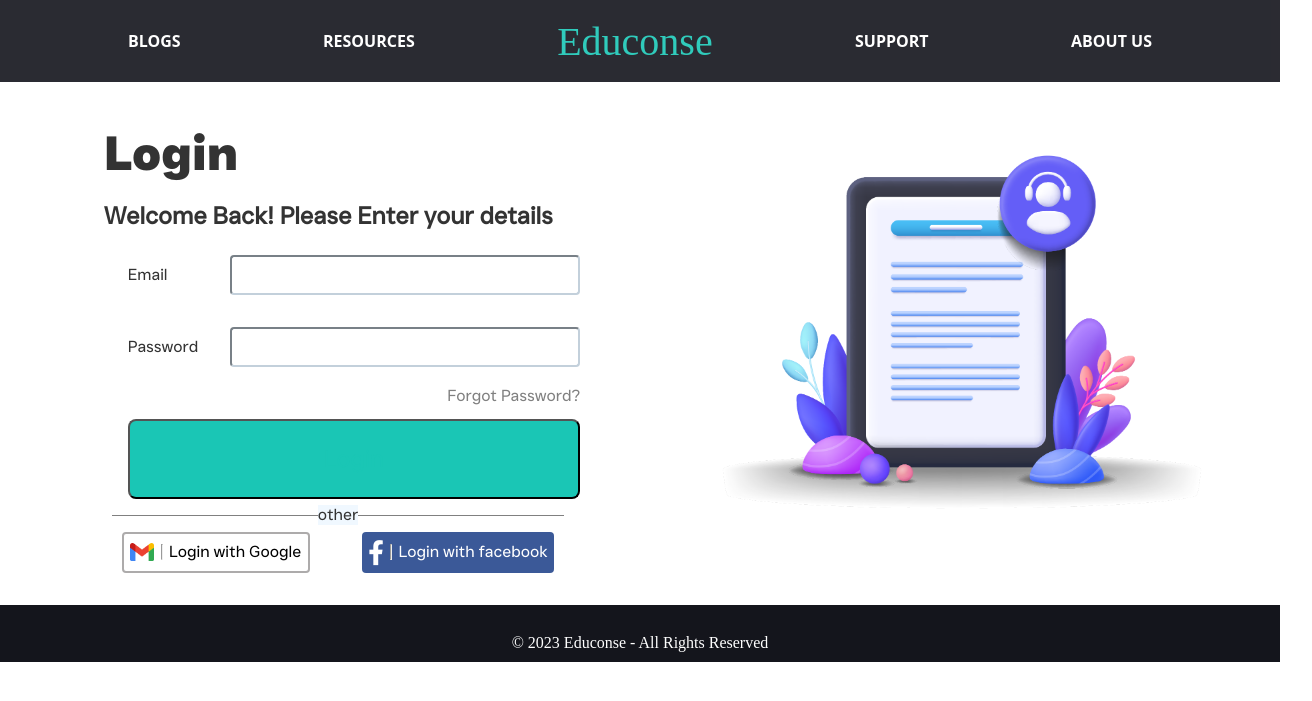
Repository: devajay07/educonse
Page: pages/login.html
An editor plug-in stored every save of this project. The page is shown before and after the next save, followed by the edit.
The browser window is 1280 px wide. The page is 1312 px wide, so the pictures cover 1312 px, including what lies to the right of the window. The pictures show the whole page.
The pointer rests on the first visible `#submit`.

Above is the page before, as saved 2023-10-15 03:30:22.

### pages/login.html
<!DOCTYPE html>
<html lang="en">

<head>
  <meta charset="UTF-8" />
  <meta name="viewport" content="width=device-width, initial-scale=1.0" />
  <title>Document</title>

  <script src="https://code.jquery.com/jquery-3.7.0.js"></script>
  <link rel="stylesheet" href="/css/header.css" />
  <link rel="stylesheet" href="/css/login.css" />
</head>

<body>
  <header id="header"></header>
  <main>
    <div class="login-panel">
      <div class="left-section">
        <div class="top">
          <h1 class="heading">Login</h1>
          <h2 class="sub-heading">Welcome Back! Please Enter your details</h2>
        </div>
        <div class="input-form" id="input-form">
          <div class="email">
            <label for="email-input">Email</label>
            <input type="email" name="email-input" id="email-input" />
          </div>
          <div class="password">
            <label for="password-input">Password</label>
            <input type="password" id="password-input">
          </div>
          <div class="forgot">
            <a href="#">Forgot Password?</a>
          </div>
          <input type="button" value="Login" id="submit">
        </div>
        <div class="other">
          <div class="line"></div>
          <p > other </p>
        </div>
        <div class="other-methods">
          <div class="gmail">
            <img src="/images/Gmail_icon_(2020).svg.png" alt="gmail logo" width="24px " height="24px">
            <hr>
            <p>Login with Google</p>
          </div>
          <div class="facebook">
            <i class="fa-brands fa-facebook-f"></i>
            <hr>
            <p>Login with facebook</p>
          </div>
        </div>
      </div>
      <div class="right-section">

        <img src="/images/login1.png" alt="Login Image" id="login-img">
      </div>
    </div>
  </main>
  <footer>
    <div class="footer-2">&copy; 2023 Educonse - All Rights Reserved</div>
  </footer>
  <script>
    $(document).ready(function () {
      $("#header").load("/pages/header.html");
    });
  </script>
</body>

</html>

### css/header.css
@import url("https://cdnjs.cloudflare.com/ajax/libs/font-awesome/6.4.2/css/all.min.css");
* {
  padding: 0;
  margin: 0;
  box-sizing: border-box;
}
@font-face {
  font-family: "brand-bold";
  src: url("/fonts/brand-bold.otf") format("opentype");
  font-weight: normal;
  font-style: normal;
}
@font-face {
  font-family: "brand-reg";
  src: url("/fonts/brand-regular.otf") format("opentype");
  font-weight: normal;
  font-style: normal;
}

:root {
  --brand-color: hsla(291, 60%, 34%, 1);
  --hookers-green: hsla(174, 17%, 46%, 1);
  --white: hsla(0, 0%, 100%, 1);
  --poppy: hsla(356, 74%, 52%, 1);
  --black: hsla(60, 1%, 14%, 1);
  --beige: #f5f5dc;

  --brand-bold: "brand-bold", sans-serif;
  --brand-reg: "brand-reg", sans-serif;
  --universal-margin: 1rem 8rem;
  --section-margin: 1rem;
  --footer-bg: rgb(20, 21, 28);
}

body {
  background-color: white;
  color: #333; /* A light version of black */
}

.nav-container {
  display: flex;
  align-items: center;
  justify-content: space-between;
  width: 100%;
  margin: var(--universal-margin);
  height: 50px;
}
.nav-container .nav-item {
  font-family: system-ui, -apple-system, BlinkMacSystemFont, "Segoe UI", Roboto,
    Oxygen, Ubuntu, Cantarell, "Open Sans", "Helvetica Neue", sans-serif;
  color: var(--white);
  font-weight: bolder;
}

nav {
  display: flex;
  justify-content: space-between;
  align-items: center;
  background-color: var(--footer-bg);
  opacity: 0.9;
  color: white;
}

nav .brand {
  font-size: 40px;
  color: var(--brand-color);
  font-family: var(--brand-font);
}

nav a {
  text-decoration: none;
  color: white;
}

footer {
  display: flex;
  flex-direction: column;
}
.footer-1 {
  display: flex;
  justify-content: space-evenly;
}
.footer-1 .customer-service > div {
  padding: 0.2rem;
}
.footer-1 h1 {
  font-size: 1.2rem;
  font-family: var(--brand-font);
  margin-bottom: 0.5rem;
}
.footer-1 p {
  font-size: 0.8rem;
  opacity: 0.6;
  color: #f0e8e8;
  padding: 0.3rem;
  font-family: var(--brand-reg);
}
.footer-1 .heading{
  padding-bottom: 1rem;
  font-family: var(--brand-bold);
}


.footer-1 span {
  font-size: 0.8rem;
  margin: 0.4rem;
}

.footer-1 a {
  color: #f0f0ea;
  text-decoration: none;
}
.footer-1 .reach-us {
  display: flex;
  align-items: center;
  flex-direction: column;
}

.reach-us iframe{
  border-radius: 8px;
}

.footer-2{
  padding-top: 1.2rem;
}

.text {
  color: white;
  font-size: 20px;
  position: absolute;
  top: 50%;
  left: 50%;
  transform: translate(-50%, -50%);
  -ms-transform: translate(-50%, -50%);
  white-space: nowrap;
}

@charset "UTF-8";

.svg-inline--fa {
  vertical-align: -0.2em;
}

.rounded-social-buttons {
  text-align: center;
}

.rounded-social-buttons .social-button {
  display: inline-block;
  position: relative;
  cursor: pointer;
  width: 3.125rem;
  height: 3.125rem;
  border: 0.125rem solid transparent;
  padding: 0;
  text-decoration: none;
  text-align: center;
  color: #fefefe;
  font-size: 1.5625rem;
  font-weight: normal;
  line-height: 2em;
  border-radius: 1.6875rem;
  transition: all 0.5s ease;
  margin-right: 0.25rem;
  margin-bottom: 0.25rem;
}

.rounded-social-buttons .social-button:hover,
.rounded-social-buttons .social-button:focus {
  -webkit-transform: rotate(360deg);
  -ms-transform: rotate(360deg);
  transform: rotate(360deg);
}

.rounded-social-buttons .fa-twitter,
.fa-facebook-f,
.fa-linkedin,
.fa-youtube,
.fa-instagram {
  font-size: 25px;
}

.rounded-social-buttons .social-button.facebook {
  background: #3b5998;
}

.rounded-social-buttons .social-button.facebook:hover,
.rounded-social-buttons .social-button.facebook:focus {
  color: #3b5998;
  background: #fefefe;
  border-color: #3b5998;
}

.rounded-social-buttons .social-button.twitter {
  background: #55acee;
}

.rounded-social-buttons .social-button.twitter:hover,
.rounded-social-buttons .social-button.twitter:focus {
  color: #55acee;
  background: #fefefe;
  border-color: #55acee;
}

.rounded-social-buttons .social-button.linkedin {
  background: #007bb5;
}

.rounded-social-buttons .social-button.linkedin:hover,
.rounded-social-buttons .social-button.linkedin:focus {
  color: #007bb5;
  background: #fefefe;
  border-color: #007bb5;
}

.rounded-social-buttons .social-button.youtube {
  background: #bb0000;
}

.rounded-social-buttons .social-button.youtube:hover,
.rounded-social-buttons .social-button.youtube:focus {
  color: #bb0000;
  background: #fefefe;
  border-color: #bb0000;
}

.rounded-social-buttons .social-button.instagram {
  background: #125688;
}

.rounded-social-buttons .social-button.instagram:hover,
.rounded-social-buttons .social-button.instagram:focus {
  color: #125688;
  background: #fefefe;
  border-color: #125688;
}

footer {
  background-color: var(--footer-bg);
  color: white;
  text-align: center;
  padding: 10px 0;
}

### css/login.css
@import url("/css/global.css");

main .login-panel {
  display: flex;
  justify-content: center;
  background-color: var(--white);
  font-family: var(--brand-reg);
}

.left-section {
  width: 800px;
  display: flex;
  flex-direction: column;
  justify-content: center;
  font-family: var(--brand-reg);
  padding: 2rem;
  padding-left: 8rem;
}

.input-form {
  display: flex;
  flex-direction: column;
  font-family: var(--brand-reg);
  padding-left: 2rem;

}

.input>div {
  font-size: 1.3rem;
  margin: 0.5rem;
}

label {
  padding-right: 1rem;
}

input[type=password],
input[type=email] {
  float: right;
  font-family: var(--brand-reg);
  width: 350px;
  height: 40px;
  border-radius: 4px;
  margin: 1rem;
  border-color: rgb(195, 208, 219);
  margin-right: 0;
  text-align: center;
}

input[type=password]:focus,
input[type=email]:focus {
  background-color: rgb(127, 157, 184);
}

input[type=password] {
  font-size: xx-large;
}

#submit {
  height: 80px;
  background-color: var(--brand-color);
  color: var(--white);
  font-family: var(--brand-reg);
  font-size: 1.5rem;
  border-radius: 8px;

}
#submit:hover{
  background-color:blue-;
  color:var(--brand-color);
}

.heading {
  font-family: var(--brand-bold);
  font-size: 3rem;
  padding: 0.5rem;
}

.sub-heading {
  font-family: var(--brand-reg);
  font-size: 1.5rem;
  padding: 0.5rem;

}

.email,
.password {
  width: 100%;
  display: flex;
  justify-content: space-between;
  align-items: center;
}

.forgot a {
  text-decoration: none;
  color: grey;
  float: right;
  margin: 0.2rem 0 0.8rem;
}

.other {
  display: flex;
  justify-content: center;
  align-items: center;
}

.line {
  height: 1px;
  width: 100%;
  background-color: gray;
  margin: 1rem;
}

.other p {
  position: absolute;
  background-color: aliceblue;
  z-index: 1;
}

.other-methods {
  display: flex;
  justify-content: space-around;
}

.other-methods>div {
  display: flex;
  justify-content: space-around;
  align-items: center;
  color: white;
  padding: 0.4rem;
  border-radius: 4px;
}

.gmail {
  background-color: var(--white);
  border:solid 2px rgb(173, 171, 171);
}

.gmail img {
  object-fit: contain;
}

.gmail p {
  color: black;
}

.facebook {
  background-color: #3b5998;

}

.other-methods hr {
  margin: 0 0.4rem;
  height: 16px;
}

#login-img {
  width: 700px;
  height: 500px;
  object-fit: contain;
}

### css/global.css
@import url("https://cdnjs.cloudflare.com/ajax/libs/font-awesome/6.4.2/css/all.min.css");
* {
  padding: 0;
  margin: 0;
  box-sizing: border-box;
}
@font-face {
  font-family: "brand-bold";
  src: url("/fonts/brand-bold.otf") format("opentype");
  font-weight: normal;
  font-style: normal;
}
@font-face {
  font-family: "brand-reg";
  src: url("/fonts/brand-regular.otf") format("opentype");
  font-weight: normal;
  font-style: normal;
}

:root {
  --brand-color: rgb(26, 198, 181);
  --hookers-green: hsla(174, 17%, 46%, 1);
  --white: hsla(0, 0%, 100%, 1);
  --poppy: hsla(356, 74%, 52%, 1);
  --black: hsla(60, 1%, 14%, 1);
  --beige: #f5f5dc;

  --brand-bold: "brand-bold", sans-serif;
  --brand-reg: "brand-reg", sans-serif;
  --universal-margin: 1rem 8rem;
  --section-margin: 1rem;
  --footer-bg: rgb(20, 21, 28);
}

### pages/header.html
<nav>
  <div class="nav-container">
    <div class="nav-item">BLOGS</div>
    <div class="nav-item">RESOURCES</div>
    <div class="brand">Educonse</div>
    <div class="nav-item">SUPPORT</div>
    <div class="nav-item">ABOUT US</div>
  </div>
</nav>

After the next save:
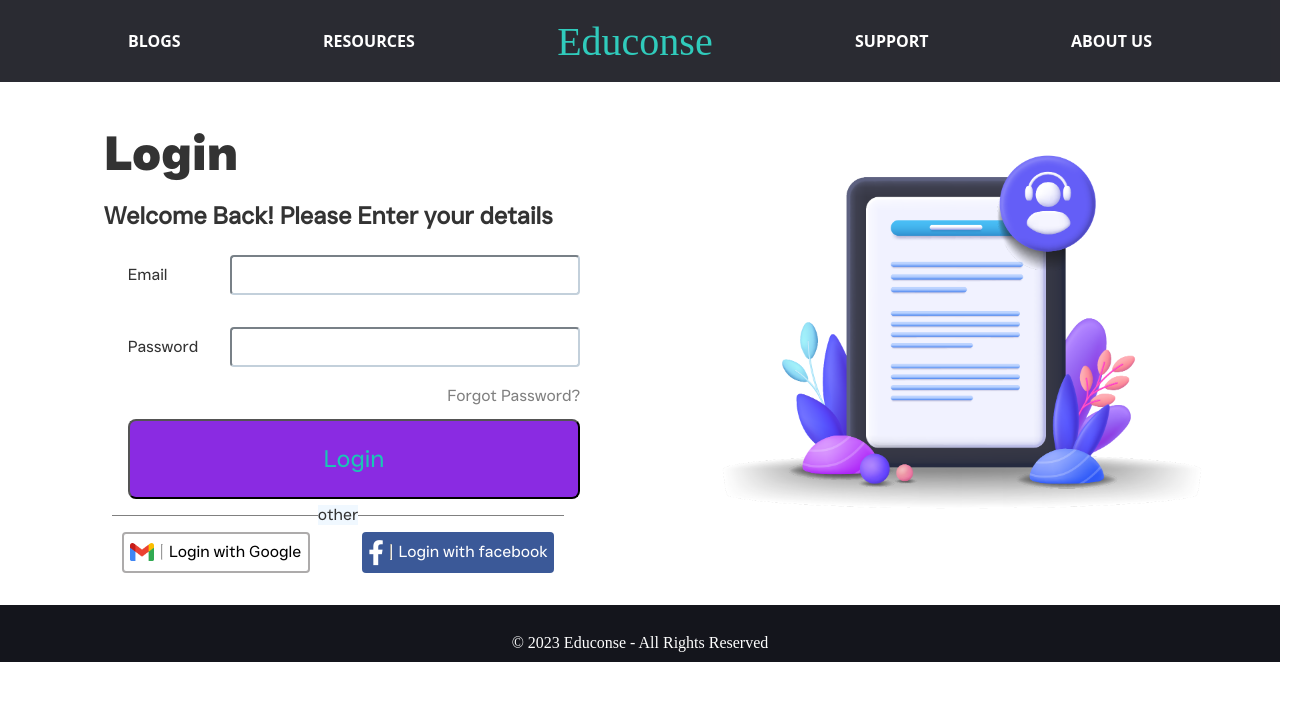
Saved 7 s later.
--- a/css/login.css
+++ b/css/login.css
@@ -66,7 +66,7 @@
 
 }
 #submit:hover{
-  background-color:blue-;
+  background-color:blueviolet;
   color:var(--brand-color);
 }
 

After the save that followed:
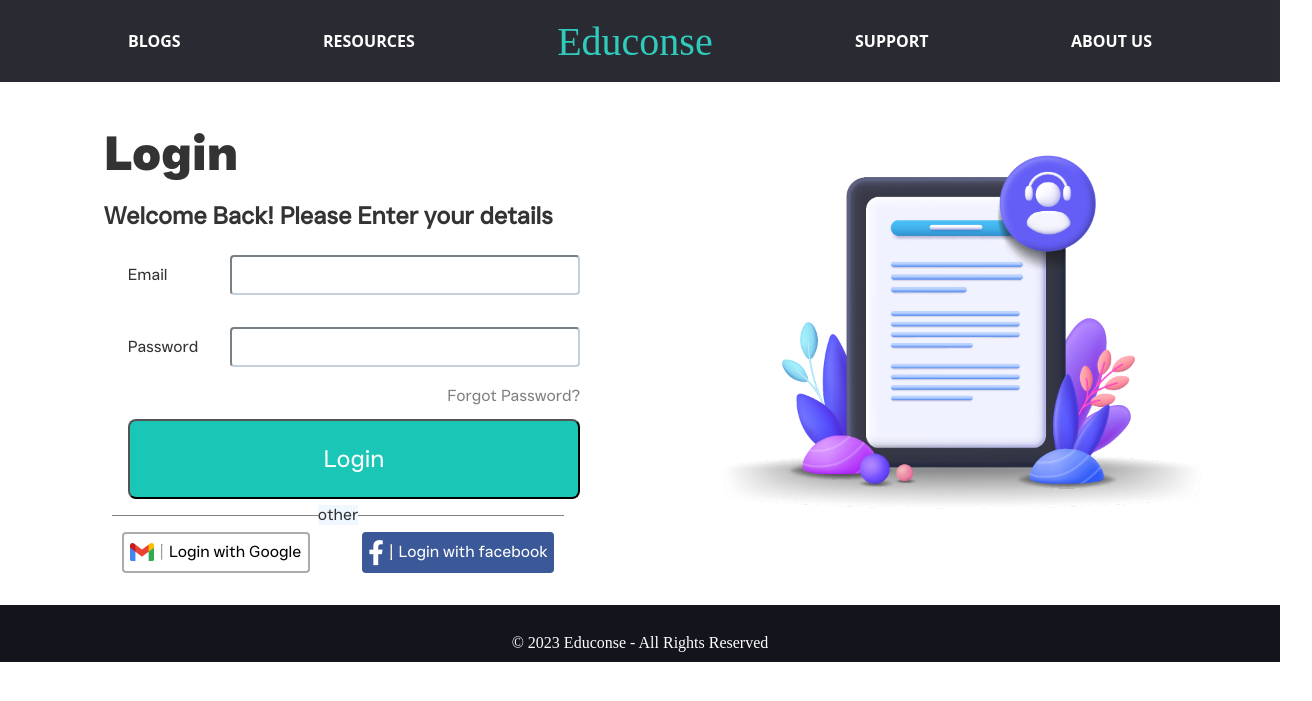
Saved 32 s later.
--- a/css/login.css
+++ b/css/login.css
@@ -65,10 +65,7 @@
   border-radius: 8px;
 
 }
-#submit:hover{
-  background-color:blueviolet;
-  color:var(--brand-color);
-}
+
 
 .heading {
   font-family: var(--brand-bold);
